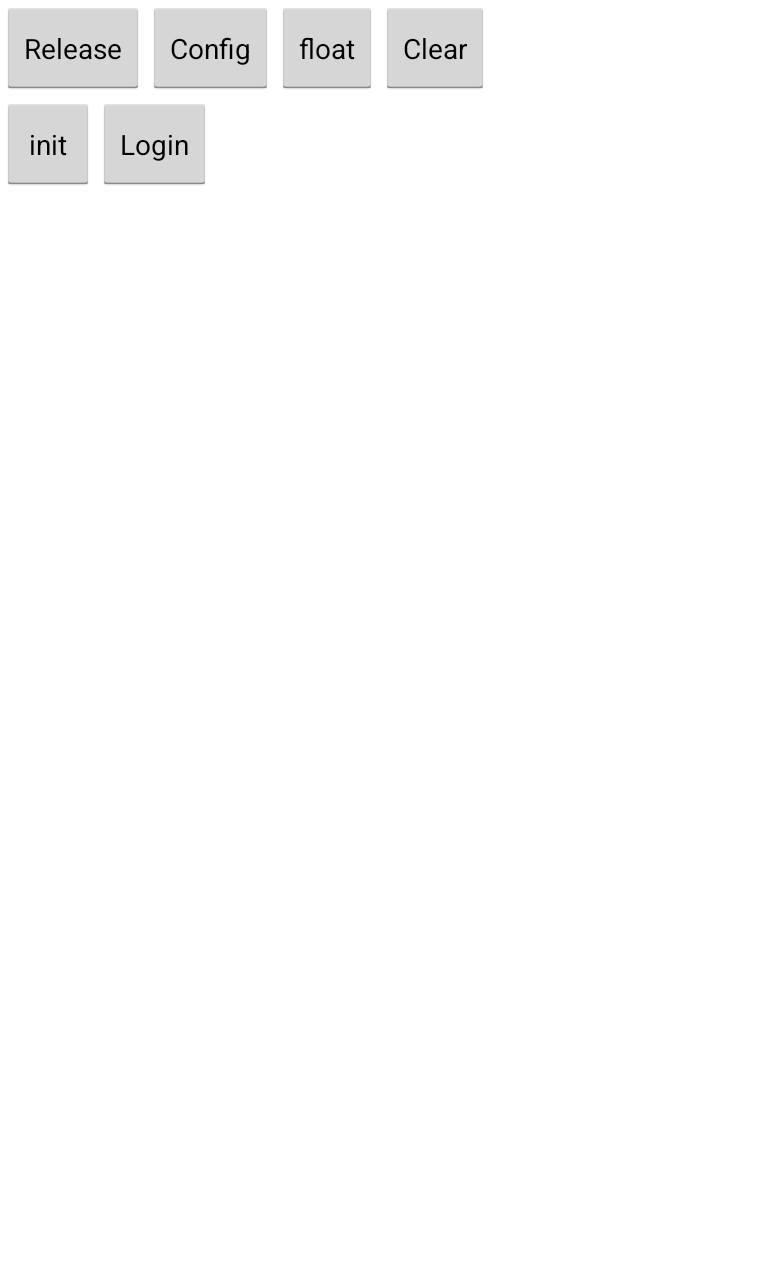
Repository: XClouded/dynamicCall
Layout: UCGameSdk/res/layout/activity_dex_loader.xml
These files come from the project's save history. The layout is drawn as it stood at one moment and after the next save; the edit follows.
It is drawn on a 768 x 1280 px phone screen (xhdpi) without system bars, with theme AppTheme; the app's code is not run.

Above is the layout before, as saved 2013-07-18 03:05:01.

### UCGameSdk/res/layout/activity_dex_loader.xml
<LinearLayout xmlns:android="http://schemas.android.com/apk/res/android"
    xmlns:tools="http://schemas.android.com/tools"
    android:layout_width="match_parent"
    android:layout_height="match_parent"
    android:orientation="vertical"
 >
    <LinearLayout
        android:layout_width="match_parent"
        android:layout_height="wrap_content"
        android:orientation="horizontal" >

        <Button
            android:id="@+id/btn_release"
            style="?android:attr/buttonStyleSmall"
            android:layout_width="wrap_content"
            android:layout_height="wrap_content"
            android:text="Release" />

        <Button
            android:id="@+id/button1"
            style="?android:attr/buttonStyleSmall"
            android:layout_width="wrap_content"
            android:layout_height="wrap_content"
            android:text="Config" />

        <Button
            android:id="@+id/btn_float"
            style="?android:attr/buttonStyleSmall"
            android:layout_width="wrap_content"
            android:layout_height="wrap_content"
            android:text="float" />

        <Button
            android:id="@+id/btn_clear"
            style="?android:attr/buttonStyleSmall"
            android:layout_width="wrap_content"
            android:layout_height="wrap_content"
            android:text="Clear" />

    </LinearLayout>

    <LinearLayout
        android:layout_width="match_parent"
        android:layout_height="wrap_content" >

        <Button
            android:id="@+id/btn_init"
            style="?android:attr/buttonStyleSmall"
            android:layout_width="wrap_content"
            android:layout_height="wrap_content"
            android:text="init" />

        <Button
            android:id="@+id/btn_login"
            style="?android:attr/buttonStyleSmall"
            android:layout_width="wrap_content"
            android:layout_height="wrap_content"
            android:text="Login" />

    </LinearLayout>

    <ScrollView
        android:id="@+id/scrollView"
        android:layout_width="match_parent"
        android:layout_height="match_parent" >

        <TextView
            android:id="@+id/textView3"
            android:layout_width="match_parent"
            android:layout_height="match_parent"
            android:text="" />

    </ScrollView>

    <LinearLayout
        android:layout_width="match_parent"
        android:layout_height="wrap_content" >

    </LinearLayout>

</LinearLayout>

Loaded but not shown: UCGameSdk/res/values/styles.xml (common file); UCGameSdk/res/values-v11/styles.xml (common file); UCGameSdk/res/values-v14/styles.xml (common file)

After the next save:
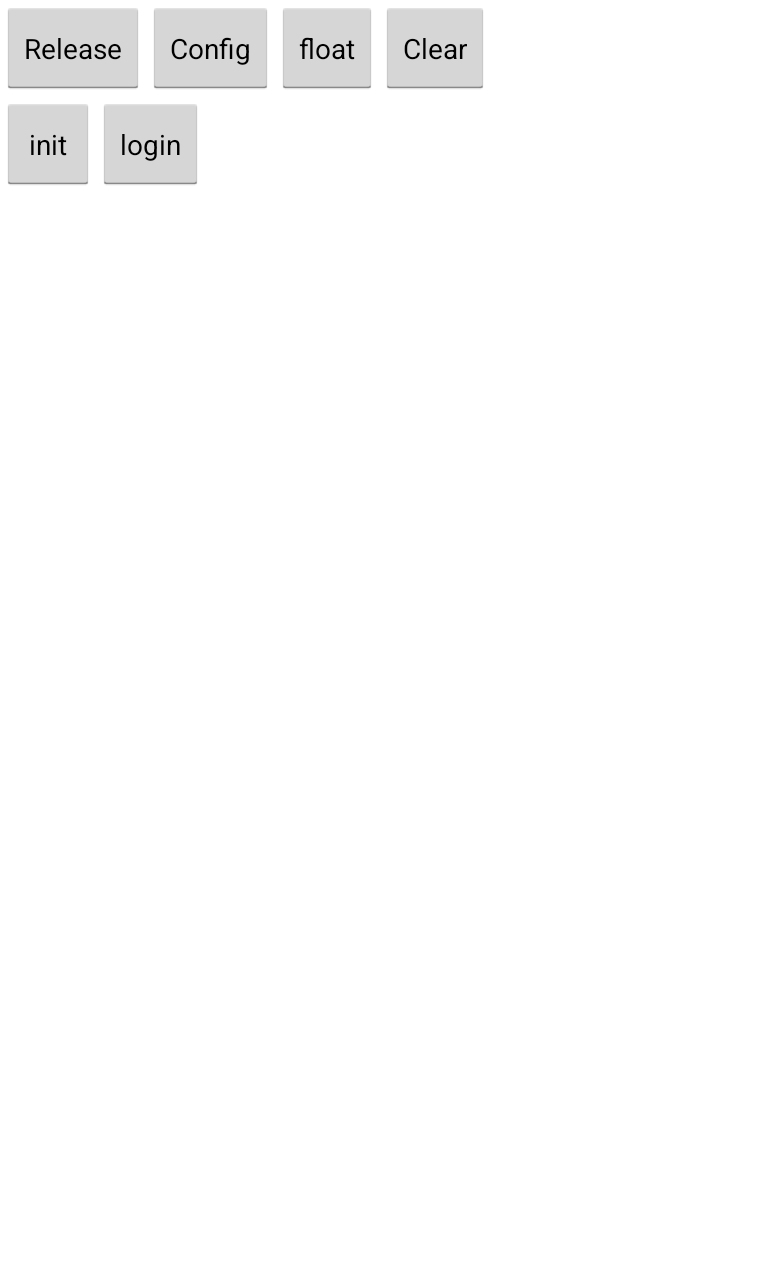
Saved 45 s later.
--- a/UCGameSdk/res/layout/activity_dex_loader.xml
+++ b/UCGameSdk/res/layout/activity_dex_loader.xml
@@ -55,7 +55,7 @@
             style="?android:attr/buttonStyleSmall"
             android:layout_width="wrap_content"
             android:layout_height="wrap_content"
-            android:text="Login" />
+            android:text="login" />
 
     </LinearLayout>
 
